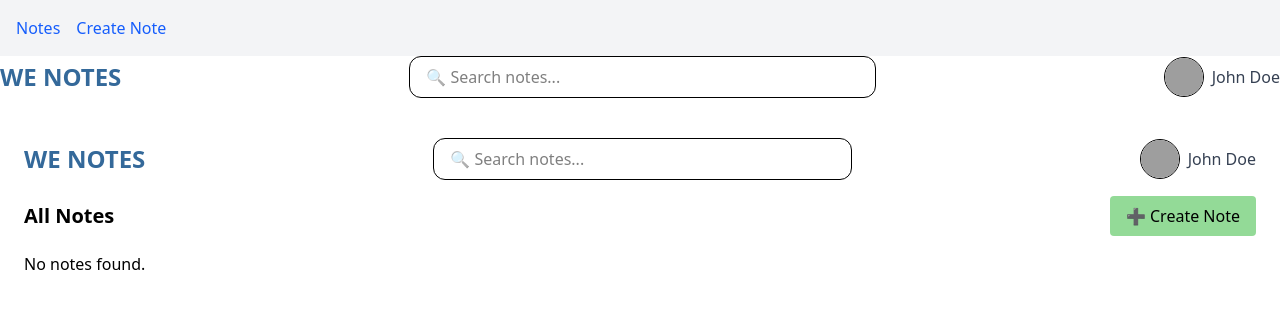
Repository: pin-seavmuy/NoteApplication
Page: / (app in note-vue/)
An editor plug-in stored every save of this project. The page is shown before and after the next save, followed by the edit.
The browser window is 1280 px wide. The pictures show the whole page.
Pictures or frames that could not be fetched are drawn as grey boxes. The page's requests for data from a server got no answer. The project was rebuilt for these pictures with package versions that can differ from the ones it lists, and the page was loaded fresh each time. No one was signed in, and anything a server would have sent is missing. Also part of the build but not shown: note-vue/vite.config.ts, note-vue/src/components/NoteWrapper.vue, note-vue/src/views/CreateNote.vue, note-vue/src/views/NoteDetail.vue, note-vue/src/views/UpdateNote.vue.

Above is the page before, as saved 2025-09-16 11:52:39.

### note-vue/src/main.ts
// import { createApp } from 'vue'
// import './style.css'
// import App from './App.vue'

// createApp(App).mount('#app')


import { createApp } from 'vue'
import App from './App.vue'
import router from './router'
import './style.css'

const app = createApp(App)
app.use(router)
app.mount('#app')

### note-vue/src/App.vue
<!-- <script setup lang="ts">
  import HelloWorld from './components/HelloWorld.vue'
  import NotesList from '../components/NotesList.vue'
</script>

<template>
  <div>
    <nav class="p-4 bg-gray-100 flex space-x-4">
      <router-link to="/" class="text-blue-600 hover:underline">Notes</router-link>
      <router-link to="/create" class="text-blue-600 hover:underline">Create Note</router-link>
    </nav>

    <router-view />
  </div>
</template>

<style scoped>
</style> -->

<script setup lang="ts">
import HelloWorld from './components/HelloWorld.vue'
import NotesList from '../components/NotesList.vue'
import NotesHeader from './components/NotesHeader.vue'
</script>

<template>
  <div>
    <nav class="p-4 bg-gray-100 flex space-x-4">
      <router-link to="/" class="text-blue-600 hover:underline">Notes</router-link>
      <router-link to="/create" class="text-blue-600 hover:underline">Create Note</router-link>
    </nav>

    <!-- Example of using NotesHeader here (adjust placement as needed) -->
    <NotesHeader v-model:search="search" />

    <router-view />
  </div>
</template>

### note-vue/src/router/index.ts
import { createRouter, createWebHistory } from 'vue-router'

import NotesList from '../views/NotesList.vue'
import CreateNote from '../views/CreateNote.vue'
import NoteDetail from '../views/NoteDetail.vue'
import UpdateNote from '../views/UpdateNote.vue'

const routes = [
  {
    path: '/',
    name: 'NotesList',
    component: NotesList,
  },
  {
    path: '/create',
    name: 'CreateNote',
    component: CreateNote,
  },
  {
    path: '/notes/:id',
    name: 'NoteDetail',
    component: NoteDetail,
    props: true,
  },
    {
    path: '/notes/:id/edit',
    name: 'UpdateNote',
    component: UpdateNote,
    props: true
    }
]

const router = createRouter({
  history: createWebHistory(),
  routes,
})

export default router

### note-vue/src/components/NotesHeader.vue
<template>
  <div>
    <div class="flex items-center justify-between mb-4 space-x-72">
      <h1 class="text-2xl font-bold" style="color: #34699A;">WE NOTES</h1>

      <input
        :value="search"
        @input="updateSearch"
        type="text"
        placeholder="🔍 Search notes..."
        class="px-4 py-2 border rounded-xl flex-grow"
      />

      <div class="flex items-center space-x-2 flex-shrink-0">
        <img
          src="https://ui-avatars.com/api/?name=User"
          alt="User Avatar"
          class="w-10 h-10 rounded-full border"
        />
        <span class="text-gray-700 font-medium">John Doe</span>
      </div>
    </div>
  </div>
</template>

<script setup lang="ts">
import { defineProps, defineEmits } from 'vue'

const props = defineProps<{ search: string }>()
const emit = defineEmits(['update:search'])

function updateSearch(event: Event) {
  const target = event.target as HTMLInputElement
  emit('update:search', target.value)
}
</script>

### note-vue/src/views/NotesList.vue
<template>
  <div class="p-6">
    <nav></nav>

    <NotesHeader v-model:search="search" />

    <div class="flex items-center justify-between mb-4">
      <router-link to="/" class="text-xl font-bold flex-shrink-0 hover:underline">All Notes</router-link>

      <!-- Button to open modal -->
      <button
        @click="showCreateModal = true"
        class="text-base px-4 py-2 rounded text-black hover:brightness-90"
        style="background-color: #93DA97;"
      >
        ➕ Create Note
      </button>
    </div>

    <div v-if="loading">Loading...</div>
    <div v-else-if="filteredNotes.length === 0">No notes found.</div>

    <div
      v-else
      class="grid gap-4 grid-cols-1 sm:grid-cols-2 lg:grid-cols-3 xl:grid-cols-4"
    >
      <NoteWrapper
        style="background-color: #F9F6F3;"
        v-for="note in filteredNotes"
        :key="note.id"
        :note="note"
      />
    </div>

    <!-- Create Note Modal -->
    <CreateNoteModal
      v-model:show="showCreateModal"
      @noteCreated="fetchNotes"
    />
  </div>
</template>

<script setup lang="ts">
import { ref, computed, onMounted } from 'vue'
import api from '../api/axios'
import NoteWrapper from '../components/NoteWrapper.vue'
import NotesHeader from '../components/NotesHeader.vue'
import CreateNoteModal from '../components/CreateNoteModal.vue'

interface Note {
  id: number
  title: string
  content: string | null
  createdAt: string
  updatedAt?: string | null
}

const notes = ref<Note[]>([])
const loading = ref(false)
const search = ref('')
const showCreateModal = ref(false)

async function fetchNotes() {
  loading.value = true
  try {
    const res = await api.get('/Notes')
    notes.value = res.data as Note[]
  } catch (error) {
    console.error('Error fetching notes:', error)
  } finally {
    loading.value = false
  }
}

const filteredNotes = computed(() =>
  notes.value.filter(note =>
    note.title.toLowerCase().includes(search.value.toLowerCase())
  )
)

onMounted(fetchNotes)
</script>

### note-vue/src/api/axios.ts
import axios from 'axios'

const api = axios.create({
  baseURL: 'http://localhost:5258/api',
})

export default api;

### note-vue/src/components/CreateNoteModal.vue
<template>
  <div
    v-if="show"
    class="fixed inset-0 bg-black bg-opacity-50 flex items-center justify-center z-50"
    @click.self="close"
  >
    <div class="bg-white rounded-lg shadow-lg p-6 w-full max-w-md relative">
      <button
        @click="close"
        class="absolute top-3 right-3 text-gray-500 hover:text-gray-800 text-xl font-bold"
        aria-label="Close modal"
      >
        &times;
      </button>

      <h2 class="text-2xl font-bold mb-6">Create New Note</h2>

      <form @submit.prevent="handleSubmit" class="space-y-4">
        <div>
          <label for="title" class="block mb-1 font-semibold">Title</label>
          <input
            id="title"
            v-model="title"
            type="text"
            required
            placeholder="Note title"
            class="w-full px-4 py-2 border rounded"
          />
        </div>

        <div>
          <label for="content" class="block mb-1 font-semibold">Content</label>
          <textarea
            id="content"
            v-model="content"
            rows="5"
            placeholder="Write your note here..."
            class="w-full px-4 py-2 border rounded resize-none"
          ></textarea>
        </div>

        <button
          type="submit"
          :disabled="loading"
          class="bg-blue-600 text-white px-6 py-2 rounded hover:bg-blue-700 disabled:opacity-50"
        >
          {{ loading ? 'Saving...' : 'Create Note' }}
        </button>
      </form>

      <p v-if="error" class="mt-4 text-red-600">{{ error }}</p>
      <p v-if="success" class="mt-4 text-green-600">Note created successfully!</p>
    </div>
  </div>
</template>

<script setup lang="ts">
import { ref, defineEmits, watch } from 'vue'
import api from '../api/axios'

const props = defineProps<{ show: boolean }>()
const emit = defineEmits(['update:show', 'noteCreated'])

const title = ref('')
const content = ref('')
const loading = ref(false)
const error = ref<string | null>(null)
const success = ref(false)

watch(() => props.show, (newVal) => {
  if (!newVal) {
    // Reset form on close
    title.value = ''
    content.value = ''
    error.value = null
    success.value = false
    loading.value = false
  }
})

function close() {
  emit('update:show', false)
}

async function handleSubmit() {
  if (!title.value.trim()) {
    error.value = 'Title is required.'
    return
  }
  loading.value = true
  error.value = null
  success.value = false

  try {
    await api.post('/Notes', {
      title: title.value,
      content: content.value || null,
    })
    success.value = true
    emit('noteCreated')  // notify parent to refresh notes
    setTimeout(() => {
      close()
    }, 1000)
  } catch (err) {
    error.value = 'Failed to create note. Please try again.'
    console.error(err)
  } finally {
    loading.value = false
  }
}
</script>

Loaded but not shown: note-vue/index.html (common file); note-vue/src/style.css (common file)

After the next save:
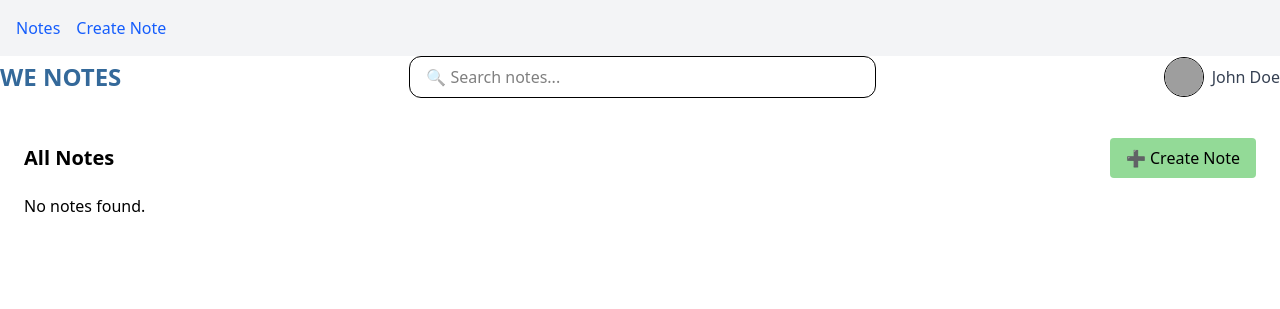
Saved 51 s later.
--- a/note-vue/src/views/NotesList.vue
+++ b/note-vue/src/views/NotesList.vue
@@ -2,7 +2,7 @@
   <div class="p-6">
     <nav></nav>
 
-    <NotesHeader v-model:search="search" />
+    <!-- <NotesHeader v-model:search="search" /> -->
 
     <div class="flex items-center justify-between mb-4">
       <router-link to="/" class="text-xl font-bold flex-shrink-0 hover:underline">All Notes</router-link>

After the save that followed:
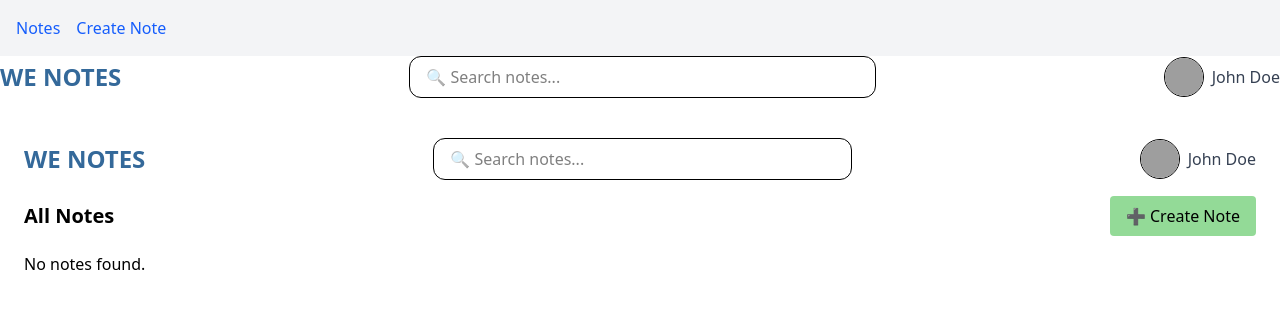
Saved 18 s later.
--- a/note-vue/src/views/NotesList.vue
+++ b/note-vue/src/views/NotesList.vue
@@ -2,7 +2,7 @@
   <div class="p-6">
     <nav></nav>
 
-    <!-- <NotesHeader v-model:search="search" /> -->
+    <NotesHeader v-model:search="search" />
 
     <div class="flex items-center justify-between mb-4">
       <router-link to="/" class="text-xl font-bold flex-shrink-0 hover:underline">All Notes</router-link>
